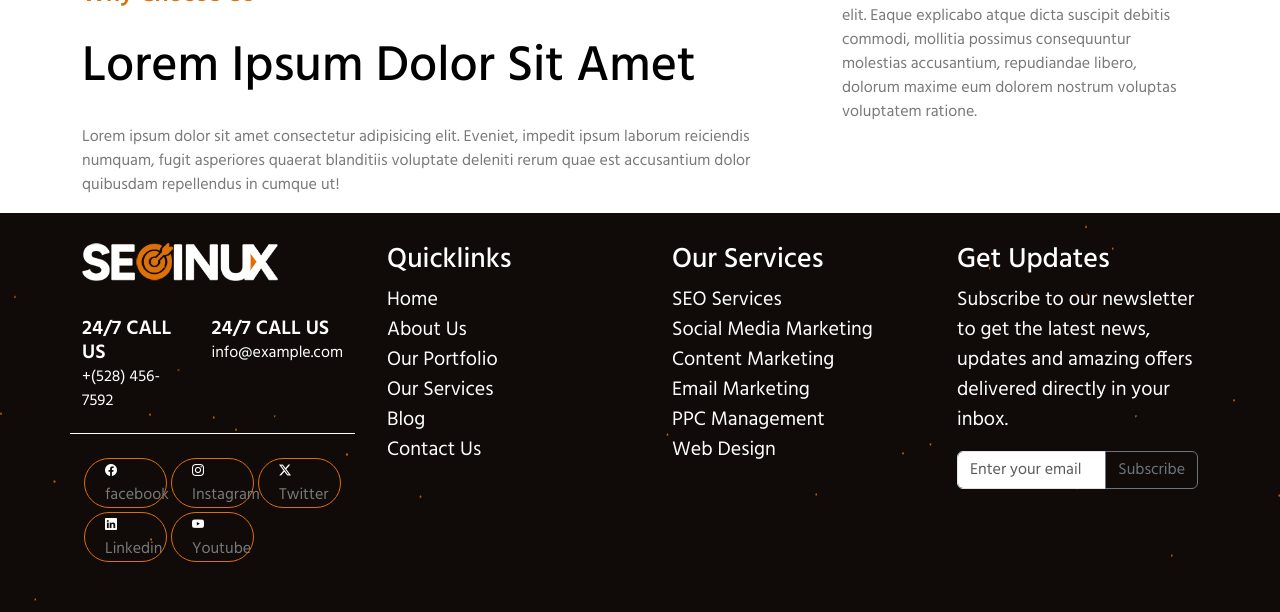
Repository: tagnam/seoinox
Page: about.html
An editor plug-in stored every save of this project. The page is shown before and after a run of saves, followed by the edit.
The browser window is 1280 px wide. The pictures show the part of the page from y = 3019 to 3631 px (the page is 3631 px tall).
A picture or video elsewhere on the page could not be fetched, so the positions and the page height are approximate. Backgrounds fixed to the window are drawn as part of the page.

Above is the page before, as saved 2025-02-26 11:04:00.

After the next 2 saves:
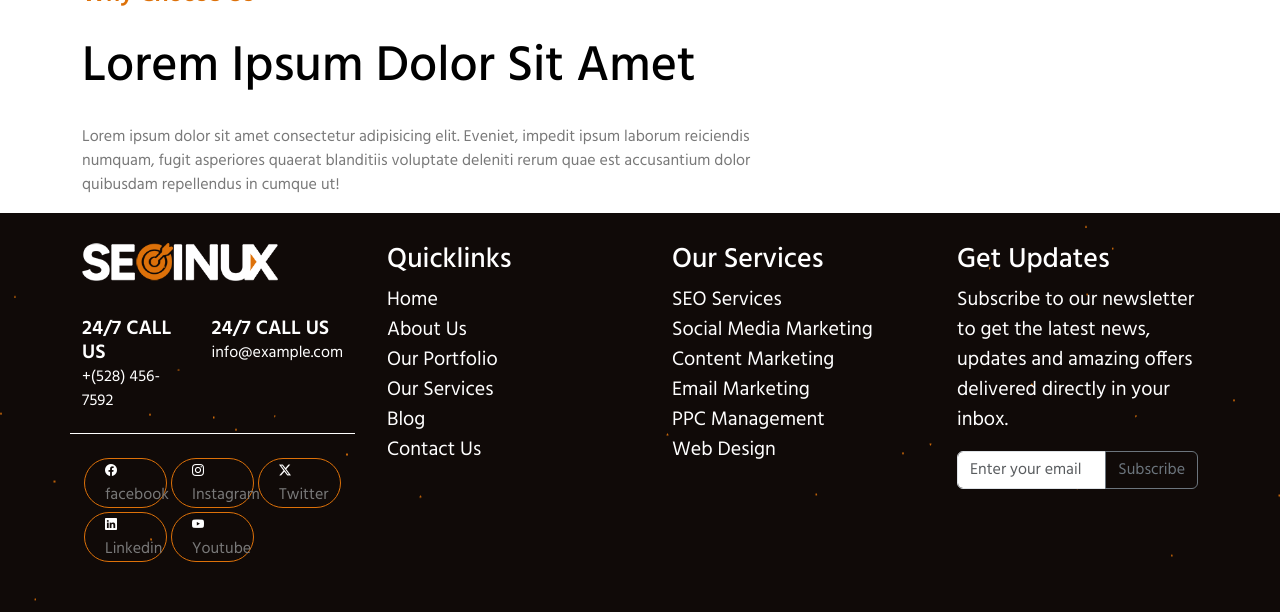
The 2 saves are shown as one change because they came seconds apart.
The last was saved 10 s later.
--- a/about.html
+++ b/about.html
@@ -259,7 +259,7 @@
         </div>
         </div>
         <div class="col-lg-4">
-          <p>Lorem ipsum dolor sit amet consectetur adipisicing elit. Eaque explicabo atque dicta suscipit debitis commodi, mollitia possimus consequuntur molestias accusantium, repudiandae libero, dolorum maxime eum dolorem nostrum voluptas voluptatem ratione.</p>
+
         </div>
       </div>
     </div>
